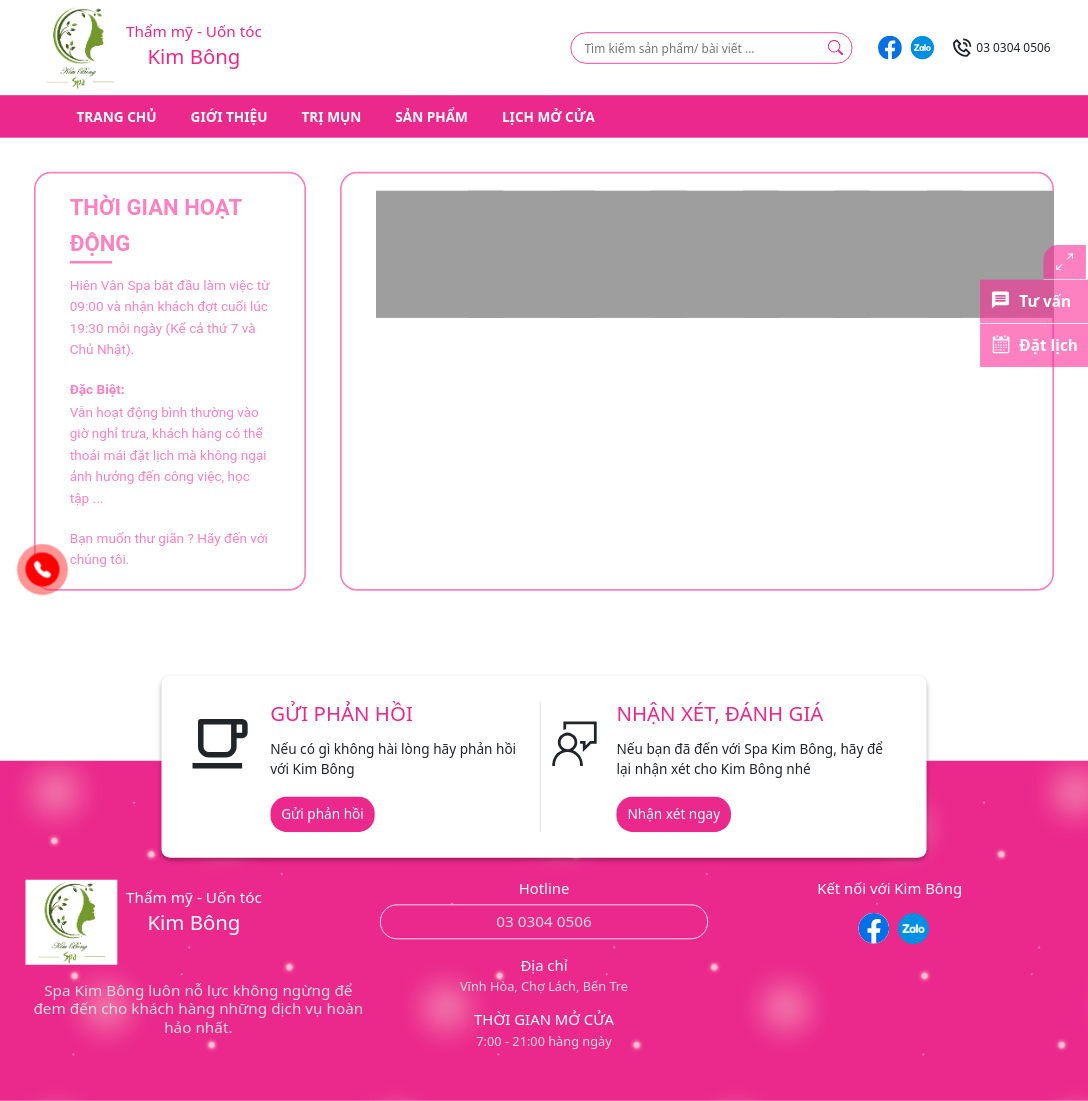
Repository: tranduykhuong/SpaKimBong
Page: /calendar
The author's editor kept a copy of each file at every save. The page is drawn from the files as they stood at one save, then again after the next save.
The browser window is 1280 px wide. The pictures show the whole page, at 85% of full size.
Pictures or frames that could not be fetched are drawn as grey boxes. The project was rebuilt for these pictures with package versions that can differ from the ones it lists, and the page was loaded fresh each time. Also part of the build but not shown: src/components/Banner/banner.scss, src/components/Banner/Banner.js, src/pages/Home/home.scss, src/pages/Home/ListImage/listImage.scss, src/pages/Home/ListImage/ListImage.js, src/pages/Home/BookOnline/bookOnl.scss, src/pages/Home/BookOnline/Modal/ModalBook/modalbook.scss, src/pages/Home/BookOnline/Modal/ModalBook/modalbook.js and 24 more.

Above is the page before, as saved 2022-06-06 23:54:40.

### src/App.js
import "./App.scss";
import Header from "./components/Header/Header";
import Home from "./pages/Home/Home";
import "bootstrap/dist/css/bootstrap.min.css";
import { Route, Routes } from "react-router-dom";
import About from "./pages/About/About";
import Products from "./pages/Product/Products";
import ProductDetail from "./pages/Product/ProductDetail/ProductDetail";
import AcneTreatment from "./pages/AcneTreatment/AcneTreatment";
import ContactToolbox from "./components/ContactToolbox/ContactToolbox";
import BackToTop from "./components/BackToTop/BackToTop";
import PhoneTool from "./components/PhoneTool/PhoneTool";
import Calendar from "./pages/Calendar/Calendar";

function App() {
  return (
    <div className="App">
      <Header />
      <ContactToolbox />
      <BackToTop />
      <PhoneTool />
      <Routes>
        <Route path="/" element={<Home />} />
        <Route path="/about" element={<About />} />
        <Route path="/products" element={<Products />} />
        <Route path="/acne" element={<AcneTreatment />} />
        <Route path="/calendar" element={<Calendar />} />

        <Route path="/products/1" element={<ProductDetail />} />
      </Routes>
    </div>
  );
}

export default App;

### src/components/Header/Header.js
import React, { useEffect, useState } from "react";
import "./header.scss";
import { BsSearch, BsFacebook } from "react-icons/bs";
import { BiPhoneCall } from "react-icons/bi";
import { Link, useLocation } from "react-router-dom";

function Header() {
  const path = useLocation().pathname;
  const [fixedNavbar, setFixedNavbar] = useState(false);

  useEffect(() => {
    const handleScroll = () => {
      if (window.scrollY < 1) {
        setFixedNavbar(true);
      }

      if (window.scrollY > 170) setFixedNavbar(true);
      else setFixedNavbar(false);
    };

    window.addEventListener("scroll", handleScroll);

    return () => {
      window.removeEventListener("scroll", handleScroll);
    };
  }, []);

  useEffect(() => {
    window.scrollTo(0, 0);
  }, [path]);

  return (
    <div className="header">
      <div className={"infor " + (fixedNavbar ? "mg-navbar" : "")}>
        <div className="logo">
          <img src="../../img/logoSpa.png" alt="" />
          <div className="nameSpa">
            <h4>Thẩm mỹ - Uốn tóc</h4>
            <h2>Kim Bông</h2>
          </div>
        </div>

        <div className="search">
          <input type="text" placeholder="Tìm kiếm sản phẩm/ bài viết ..." />
          <a className="icon">
            <BsSearch className="iconSearch" />
          </a>
        </div>

        <div className="contact">
          <a href="/" className="icon">
            <BsFacebook className="iconFacebook" />
          </a>
          <a href="/" className="icon">
            <img src="../../img/Zalo.png" alt="" className="iconZalo" />
          </a>

          <div className="phone">
            <BiPhoneCall className="iconPhone" />
            <h3>03 0304 0506</h3>
          </div>
        </div>
      </div>
      <div className={"myNavbar " + (fixedNavbar ? "fixedNavbar" : "")}>
        <div className="navbarContent">
          <ul className="navbarList">
            <li className={path === "/" ? "active" : ""}>
              <Link to="/">TRANG CHỦ</Link>
            </li>
            <li className={path === "/about" ? "active" : ""}>
              <Link to="/about">GIỚI THIỆU</Link>
            </li>
            {/* <li className={path === "/skin" ? "active" : ""}>
              <Link to="/">CHĂM SÓC DA</Link>
            </li> */}
            <li className={path === "/acne" ? "active" : ""}>
              <Link to="/acne">TRỊ MỤN</Link>
            </li>
            <li className={path === "/products" ? "active" : ""}>
              <Link to="/products">SẢN PHẨM</Link>
            </li>
            <li className={path === "/open-time" ? "active" : ""}>
              <Link to="/calendar">LỊCH MỞ CỬA</Link>
            </li>
          </ul>
        </div>
      </div>
    </div>
  );
}

export default Header;

### src/components/ContactToolbox/ContactToolbox.js
import React, { useState } from "react";
import "./contactToolbox.scss";
import { MdMessage } from "react-icons/md";
import { GoCalendar } from "react-icons/go";
import { BsArrowsAngleExpand } from "react-icons/bs";

const ContactToolbox = () => {
  const [hidden, setHidden] = useState(false);

  return (
    <div className="contactFixed">
      <div className="toolboxScroll" onClick={() => setHidden((prev) => !prev)}>
        <BsArrowsAngleExpand className="iconArrow" />
      </div>
      <div className={"toolboxList " + (hidden ? "hidden" : "open")}>
        <div className="advise toolboxItem">
          <MdMessage className="iconMessage" />
          <p>Tư vấn</p>
        </div>
        <div className="book toolboxItem">
          <GoCalendar className="iconCalendar" />
          <p>Đặt lịch</p>
        </div>
      </div>
    </div>
  );
};

export default ContactToolbox;

### src/components/BackToTop/BackToTop.js
import React, { useEffect, useState } from "react";
import "./backToTop.scss";
import { FaRegArrowAltCircleUp } from "react-icons/fa";

const BackToTop = () => {
  const [clicked, setClick] = useState(true);
  const [hiddenArrow, setHiddenArrow] = useState(true);

  useEffect(() => {
    const handleScroll = () => {
      if (window.scrollY > 550) setHiddenArrow(false);
      else setHiddenArrow(true);
    };
    window.addEventListener("scroll", handleScroll);
    return () => {
      window.removeEventListener("scroll", handleScroll);
    };
  }, []);

  useEffect(() => {
    window.scrollTo(0, 0);
  }, [clicked]);

  return (
    <div
      className={"backToTop " + (hiddenArrow ? "" : "show")}
      onClick={() => setClick((prev) => !prev)}
    >
      <FaRegArrowAltCircleUp className="icon" />
    </div>
  );
};

export default BackToTop;

### src/components/PhoneTool/PhoneTool.js
import React from "react";
import "./phoneTool.scss";
import { BsFillTelephoneFill } from "react-icons/bs";

const PhoneTool = () => {
  return (
    <div className="phoneTool">
      <div className="phone">
        <BsFillTelephoneFill className="iconPhone" />
      </div>
      <div className="circle"></div>
    </div>
  );
};

export default PhoneTool;

### src/components/Header/header.scss
@import '../../SCSS/base/variables.scss';
$height-navbar: 5rem;

.header {
    .mg-navbar {
        margin-bottom: $height-navbar;
    }

    .infor {
        max-width: 1200px;
        padding: .6rem 0;
        display: flex;
        justify-content: space-between;
        margin: 0 auto;

        .logo {
            display: flex;
            flex: 1;

            img {
                height: 10rem;
            }

            .nameSpa {
                color: $main-color;
                margin: auto 0;

                h4 {
                    font-size: 1.8rem;
                    font-weight: 500;
                }

                h2 {
                    font-size: 2.4rem;
                }
            }
        }


        .search {
            margin: auto 0;
            border-radius: 50px;
            border: solid .1rem $main-color;
            height: 37px;
            display: flex;

            input {
                font-size: 1.4rem;
                margin: auto 16px;
                min-width: 26rem;
                border: none;
                outline: none;
            }

            .icon {
                margin: auto 10px;
                cursor: pointer;
            }

            .iconSearch {
                width: 1.8rem;
                height: 1.8rem;
                color: $main-color;

                &:hover {
                    color: #f867b2;
                }
            }
        }

        .contact {
            display: flex;
            margin-left: 20px;

            .icon {
                margin: auto 0;
                margin-left: 10px;

            }

            .iconFacebook {
                width: 2.8rem;
                height: 2.8rem;
                color: rgba($color: #0570e6, $alpha: 1.0);
            }

            .iconZalo {
                width: 2.8rem;
                height: 2.8rem;
                border-radius: 50%;
            }

            .phone {
                margin: auto 0;
                margin-left: 20px;
                display: flex;

                .iconPhone {
                    width: 2.6rem;
                    height: 2.6rem;
                }

                h3 {
                    font-size: 1.4rem;
                    font-weight: 500;
                    margin: auto 4px;
                }
            }

        }
    }

    .fixedNavbar {
        position: fixed;
        top: 0;
        left: 0;
        z-index: 50;
        width: 100%;
        animation: fixedNavbar 1s forwards;
    }

    @keyframes fixedNavbar {
        from {
            top: -5rem;
            opacity: 0;
        }

        to {
            top: 0;
            opacity: 1;
        }
    }

    .myNavbar {
        height: $height-navbar;
        background-color: $main-color;

        .navbarContent {
            max-width: 1200px;
            margin: 0 auto;

            .navbarList {
                display: flex;
                margin: 0 1rem;
                // justify-content: space-evenly;

                li {
                    list-style: none;

                    a {
                        line-height: $height-navbar;
                        height: $height-navbar;
                        display: block;
                        color: #fff;
                        font-size: 1.6rem;
                        font-weight: 600;
                        text-decoration: none;
                        padding: 0 2rem;
                    }

                    &:hover {
                        background-color: #f844a1;
                        cursor: pointer;
                    }
                }

                .active {
                    background-color: #dd0876;
                }
            }
        }
    }
}

### src/components/Footer/Footer.js
import React, { useEffect } from "react";
import "./footer.scss";
import { BsFacebook } from "react-icons/bs";
import { RiCupLine } from "react-icons/ri";
import { VscFeedback } from "react-icons/vsc";

const Footer = () => {
  return (
    <div className="footer">
      <div className="logo">
        <div className="info">
          <img src="../../img/logoSpa.png" alt="" />
          <div className="nameSpa">
            <h4>Thẩm mỹ - Uốn tóc</h4>
            <h2>Kim Bông</h2>
          </div>
        </div>

        <h5>
          Spa Kim Bông luôn nỗ lực không ngừng để đem đến cho khách hàng những
          dịch vụ hoàn hảo nhất.
        </h5>
      </div>

      <div className="address">
        <h3>Hotline</h3>
        <div className="hotline">03 0304 0506</div>
        <h3>Địa chỉ</h3>
        <h4>Vĩnh Hòa, Chợ Lách, Bến Tre</h4>
        <h3>THỜI GIAN MỞ CỬA</h3>
        <h4>7:00 - 21:00 hàng ngày</h4>
      </div>
      <div className="contact">
        <h3>Kết nối với Kim Bông</h3>
        <a href="/" className="icon">
          <BsFacebook className="iconFacebook" />
        </a>
        <a href="/" className="icon">
          <img src="../../img/Zalo.png" alt="" className="iconZalo" />
        </a>
      </div>

      <div className="subFooter">
        <div className="report">
          <RiCupLine className="icon" />
          <div>
            <h3>Gửi phản hồi</h3>
            <p>Nếu có gì không hài lòng hãy phản hồi với Kim Bông</p>
            <div className="btn">Gửi phản hồi</div>
          </div>
        </div>
        <div className="feedback">
          <VscFeedback className="icon" />
          <div>
            <h3>Nhận xét, Đánh giá</h3>
            <p>
              Nếu bạn đã đến với Spa Kim Bông, hãy để lại nhận xét cho Kim Bông
              nhé
            </p>
            <div className="btn">Nhận xét ngay</div>
          </div>
        </div>
      </div>
    </div>
  );
};

export default Footer;

### src/components/ContactToolbox/contactToolbox.scss
.contactFixed {
    position: fixed;
    top: 50%;
    transform: translateY(-50%);
    right: 0;
    z-index: 100;
    cursor: pointer;

    .toolboxScroll {
        border-top-left-radius: 1.8rem;
        background-color: rgba($color: #fc2c97, $alpha: 0.6);
        width: 5rem;
        padding: 1rem;
        color: #fff;
        transform: translateX(149%);
        border-bottom: 1px solid #fff;

        .iconArrow {
            width: 2rem;
            height: 2rem;
        }
    }

    .toolboxList {
        background-color: rgba($color: #fc2c97, $alpha: 0.6);


        .toolboxItem {
            display: flex;
            padding: 1.2rem;
            color: #fff;

            p {
                font-size: 1.8rem;
                margin: 0;
                padding-left: 1rem;
                font-weight: 600;
            }
        }

        .advise {
            border-bottom: 1px solid #fff;

            .iconMessage {
                width: 2.4rem;
                height: 2.4rem;
            }
        }

        .book {

            .iconCalendar {
                width: 2.4rem;
                height: 2.4rem;
            }
        }
    }

    .hidden {
        animation: toRight 0.8s linear forwards;
    }

    .open {
        animation: toLeft 0.8s linear backwards;
    }

    @keyframes toRight {
        to {
            transform: translateX(62%);
        }
    }

    @keyframes toLeft {
        from {
            transform: translateX(62%);

        }

        to {
            transform: translateX(0);
        }
    }
}

### src/components/BackToTop/backToTop.scss
.backToTop {
    position: fixed;
    bottom: 2rem;
    right: 2rem;
    z-index: 100;
    display: none;

    .icon {
        width: 4rem;
        height: 4rem;
        color: #fa72b8;
        cursor: pointer;
    }
}

.show {
    animation: FadeIn 0.8s forwards;
    display: block;

    @keyframes FadeIn {
        from {
            bottom: 0;
        }

        to {
            bottom: 2rem;
        }
    }
}

### src/components/PhoneTool/phoneTool.scss
.phoneTool {
    position: fixed;
    width: 6rem;
    height: 6rem;
    left: 1rem;
    border-radius: 50%;
    bottom: 3rem;
    z-index: 100;
    cursor: pointer;

    .phone {
        position: absolute;
        z-index: 5;
        top: 34%;
        left: 34%;
        background-color: red;
        padding: 1rem;
        border-radius: 50%;
        animation: phoneSkin 1s infinite ease-in-out;

        .iconPhone {
            height: 2rem;
            width: 2rem;
            color: #fff;

        }

        @keyframes phoneSkin {
            0% {
                transform: rotate(0) scale(1) skew(1deg);
            }

            10% {
                transform: rotate(-25deg) scale(1) skew(1deg);
            }

            20% {
                transform: rotate(25deg) scale(1) skew(1deg);
            }

            30% {
                transform: rotate(-25deg) scale(1) skew(1deg);
            }

            40% {
                transform: rotate(25deg) scale(1) skew(1deg);
            }

            50% {
                transform: rotate(0) scale(1) skew(1deg);
            }

            100% {
                transform: rotate(0) scale(1) skew(1deg);
            }
        }
    }

    .circle {
        position: absolute;
        width: 6rem;
        height: 6rem;
        border-radius: 50%;
        top: 16%;
        left: 16%;
        background-color: rgba($color: rgb(255, 42, 42), $alpha: 0.5);
        animation: zoom 1s infinite;

        @keyframes zoom {
            0% {
                transform: scale(0.9);
            }

            70% {
                transform: scale(1);
                box-shadow: 0 0 0 15px transparent;
            }

            100% {
                transform: scale(0.9);
                box-shadow: 0 0 0 0 transparent;
            }
        }
    }
}

### src/pages/Calendar/calendar.scss
.container-calendar {
  .container-bg-calendar {
    .calendar {
      display: flex;
      width: 100%;
      text-align: left;
      padding: 4rem;
      font-family: "Roboto", sans-serif;

      .calendar-content {
        width: 30%;
        border: solid 2px #fd80c1;
        // border-bottom-left-radius: 20px;
        // border-top-left-radius: 20px;
        // border-top-right-radius: 20px;
        border-radius: 20px;
        padding: 2rem 4rem 0;
        margin-right: 4rem;
        h3 {
          margin: 0 0 13px;
          color: #fd80c1;
          font-size: 26px;
          font-weight: bold;
          line-height: 1.6;
        }

        h3:after {
          content: "";
          display: block;
          width: 5rem;
          height: 0.25rem;
          background: #fd80c1;
        }

        #special {
          color: #fd80c1;
          font-size: 16px;
          line-height: 1.6;
          margin-bottom: 0;
        }

        p {
          margin: 0 0 21px;
          color: #fd80c1;
          font-size: 16px;
          line-height: 1.6;
        }
      }

      .calendar-boxs-day {
        width: 70%;
        border: solid 2px #fd80c1;
        border-radius: 20px;
        padding: 2rem 4rem 0;

        .calendar-boxs {
          display: flex;
          width: 100%;
          justify-content: space-evenly;

          .calendar-box {
            width: 14.2857142857%;
            //border: solid 2px #fd80c1;
          }
        }
      }
    }
  }
}

### src/SCSS/base/variables.scss
$main-color: #eb288c;
$text-color: #444;
$title-color: #fff;

### src/components/Footer/footer.scss
@import '../../SCSS/base/variables.scss';

.footer {
    background-image: url(../../../public/img/sparkle1.png), url(../../../public/img/sparkle2.png);
    width: 100%;
    height: 400px;
    background-color: $main-color;
    animation: sparkle 60s linear infinite;
    padding: 14rem 3rem 0;
    display: flex;
    justify-content: space-around;
    position: relative;
    margin-top: 16rem;

    .logo {
        flex: 1;

        .info {
            display: flex;

            img {
                height: 10rem;
            }

            .nameSpa {
                color: $title-color;
                margin: 1rem;

                h4 {
                    font-size: 1.8rem;
                    font-weight: 500;
                }

                h2 {
                    font-size: 2.4rem;
                }
            }
        }

        h5 {
            margin: 2rem .6rem;
            font-size: 1.8rem;
            font-weight: 400;
            color: #ddd;
        }
    }

    .contact {
        flex: 1;
        text-align: center;

        h3 {
            margin-bottom: 1.8rem;
            color: $title-color;
        }

        .icon {
            margin: auto 0;
            margin-left: 10px;

        }

        .iconFacebook {
            width: 3.6rem;
            height: 3.6rem;
            color: rgba($color: #0570e6, $alpha: 1.0);
            background-color: $title-color;
            border-radius: 50%;
        }

        .iconZalo {
            width: 3.7rem;
            height: 3.7rem;
            border-radius: 50%;
        }
    }

    .address {
        color: #ddd;
        flex: 1;
        text-align: center;

        h3 {
            // margin-bottom: 2rem;
            color: $title-color;
        }

        h4 {
            margin-bottom: 2rem;
        }

        .hotline {
            padding: .6rem;
            font-size: 1.8rem;
            margin: .8rem 1rem 2rem;
            border: 1px solid $title-color;
            border-radius: 2rem;

            &:hover {
                color: $title-color;
                cursor: pointer;
            }
        }
    }

    @keyframes sparkle {
        0% {
            background-position: 0px 0px, 0px 0px, 0px 0px;
        }

        100% {
            background-position: -500px -1000px, -400px -400px, 300px 300px;
        }
    }

    .subFooter {
        width: 100%;
        max-width: 90rem;
        min-height: 20rem;
        box-shadow: 0 3px 6px -4px rgba(0, 0, 0, 0.2), 0 3px 6px rgba(0, 0, 0, 0.3);

        background-color: #fff;
        border-radius: 1rem;
        z-index: 50;
        top: -10rem;
        left: 50%;
        transform: translateX(-50%);
        position: absolute;
        display: flex;
        padding: 3rem;
        justify-content: space-around;

        .report,
        .feedback {
            display: flex;
            flex: 1;
            justify-content: center;
            text-align: left;

            h3 {
                text-transform: uppercase;
                font-size: 2.4rem;
                color: $main-color;
            }

            p {
                font-size: 1.6rem;
                padding: 1rem 1.4rem 1rem 0;
            }

            .icon {
                height: 10rem;
                width: 10rem;
                margin-right: 2rem;
            }

            .btn {
                padding: 0.8rem 1.2rem;
                background-color: $main-color;
                border-radius: 2rem;
                font-size: 1.6rem;
                color: #fff;

                &:hover {
                    background-color: #cc1574;
                }
            }
        }

        .report {
            border-right: 1px solid #ddd;
        }

        .feedback {
            margin-left: 1rem;
        }
    }
}

Loaded but not shown: public/index.html (common file); src/index.js (common file); src/index.css (common file); src/reportWebVitals.js (common file); src/App.scss (common file); src/pages/Calendar/Calendar.js (88 lines, source omitted)

After the next save:
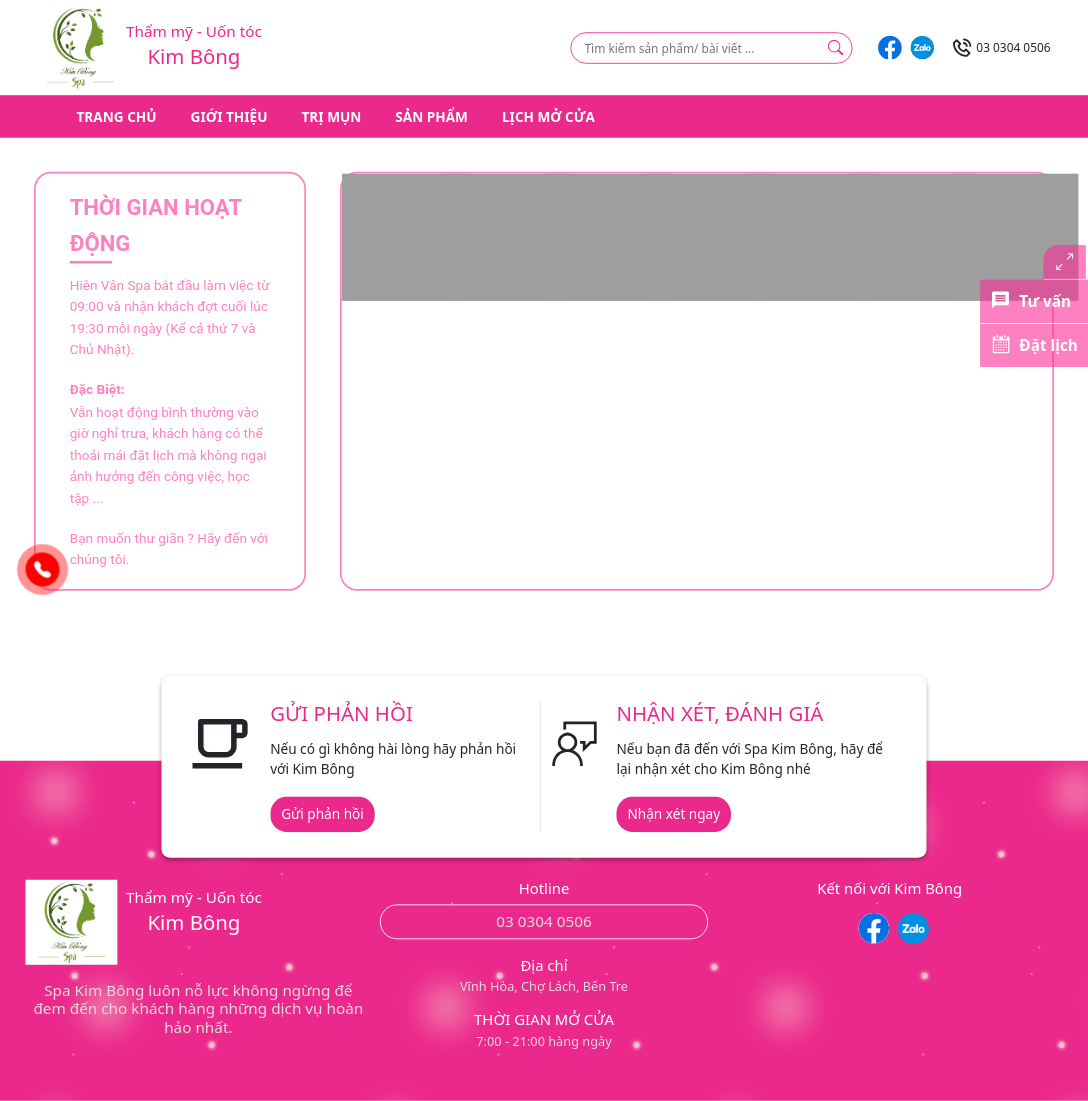
Saved 26 s later.
--- a/src/pages/Calendar/calendar.scss
+++ b/src/pages/Calendar/calendar.scss
@@ -51,7 +51,7 @@
         width: 70%;
         border: solid 2px #fd80c1;
         border-radius: 20px;
-        padding: 2rem 4rem 0;
+        //padding: 2rem 4rem 0;
 
         .calendar-boxs {
           display: flex;
